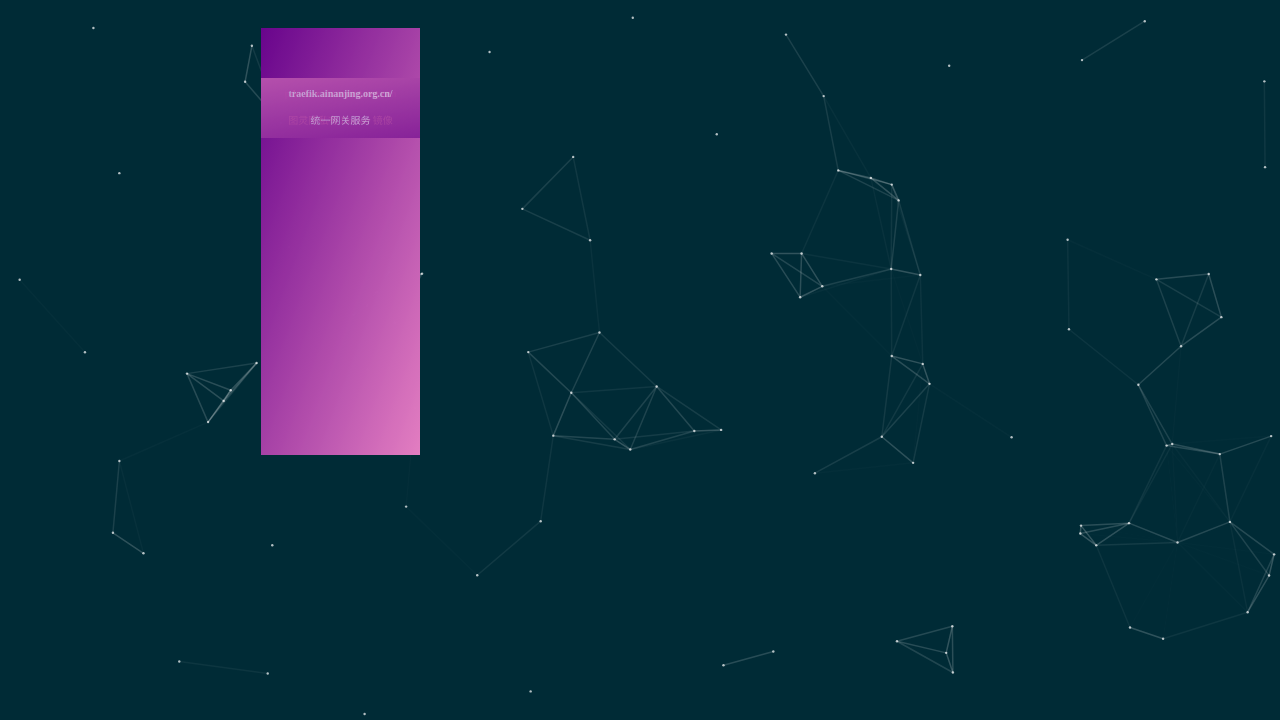
Repository: heweiwei1/portainer
Page: index.html
These files come from the project's save history. The page is drawn as it stood at one moment and after the next save; the edit follows.
The browser window is 1280 px wide. The pictures show the whole page.

Above is the page before, as saved 2021-04-14 13:38:15.

### index.html
<!DOCTYPE html>
<html lang="en">
<head>
  <meta charset="UTF-8">
  <meta http-equiv="X-UA-Compatible" content="IE=edge">
  <meta name="viewport" content="width=device-width, initial-scale=1.0">
  <title>网页</title>
  <link rel="stylesheet" href="index.css">
  <script src="index.js"></script>
</head>
<body>
  <div class="demo">
    <a class="demo1 demo-1" href="https://npm.ainanjing.org.cn/">
        <div class="trans">
          <h4>npm.ainanjing.org.cn</h4>
          <p>图灵院前端私有 npm 仓库</p>
        </div>
    </a>
    <a class="demo1 demo-2" href="https://fe.ainanjing.org.cn" id="pop">
          <div class="trans">
            <h4>fe.ainanjing.org.cn</h4>
            <p>前端一站式基础能力平台</p>
          </div>
    </a>
    <a class="demo1 demo-3" href="https://apistore.ainanjing.org.cn">
        <div class="trans">
          <h4>apistore.ainanjing.org.cn</h4>
          <p>接口管理平台</p>
        </div>
    </a>
    <a class="demo1 demo-4" href="https://portainer.ainanjing.org.cn">
        <div class="trans">
          <h4>portainer.ainanjing.org.cn</h4>
          <p>容器管理平台</p>
        </div>
    </a>
    <a class="demo1 demo-5" href="https://docker.ainanjing.org.cn">
        <div class="trans">
          <h4>docker.ainanjing.org.cn</h4>
          <p>图灵院私有 Docker 镜像</p>
        </div>
    </a>
    <a class="demo1 demo-6" href="https://traefik.ainanjing.org.cn/">
        <div class="trans">
          <h4>traefik.ainanjing.org.cn/</h4>
          <p>统一网关服务</p>
        </div>
    </a>
  </div>
</body>
</html>

### index.css
a {
  text-decoration: none;
  color: #000;
}
.demo {
  width: 60%;
  margin: auto;
  display: flex;
  flex-flow: row wrap;
  position: relative;
}

.demo a {
  /* position: relative; */
  position: absolute;
  display: flex;
  flex-direction: column;
  align-items: center;
  width: calc((100% - 120px) / 4);
  height: 0;
  padding-bottom: 56.25%;
  margin-top: 20px;
  font-size: 10px;
}
.demo a:not(:nth-child(4n)){
  margin-right: 40px;
}
.trans {
  position:absolute;
  top: 49.8px;
  width: 119.59px;
  padding: 30px 20px;
  display: flex;
  justify-content: center;
  opacity: 0.6;
}
.demo1:hover .trans{
  opacity: 1;
}
.demo1 {
  opacity: 0.8;
}
.trans p{
  position: absolute;
  top: 24px;
  color: #fff;
}
.trans h4{
  position: absolute;
  top: -3px;
  color: #fff;
}
.demo-1 {
  background-image: linear-gradient(to bottom right,#8b0000,#ff0000);

}
.demo-1 .trans{
  background-image: linear-gradient(to top left,#8b0000,#ff0000);
}
.demo-2 {
  background-image: linear-gradient(to bottom right,#ff8c00,#f5deb3);
}
.demo-2 .trans{
  background-image: linear-gradient(to top left,#ff8c00,#f5deb3);
}
.demo-3 {
  background-image: linear-gradient(to bottom right,#ff69b4,#ffb6c1);
}
.demo-3 .trans{
  background-image: linear-gradient(to top left,#ff69b4,#ffb6c1);
}
.demo-4 {
  background-image: linear-gradient(to bottom right,#008080,#00ffff);
}
.demo-4 .trans{
  background-image: linear-gradient(to top left,#008080,#00ffff);
}
.demo-5 {
  background-image: linear-gradient(to bottom right,#0000cd,#87cefa);
}
.demo-5 .trans{
  background-image: linear-gradient(to top left,#0000cd,#87cefa);
}
.demo-6 {
  background-image: linear-gradient(to bottom right,#800080,#ff69b4);
}
.demo-6 .trans{
  background-image: linear-gradient(to top left,#800080,#ff69b4);
}

### index.js
window.onload = function(){
  var pop = document.getElementById("pop");
  pop.onclick = function(){
    alert("暂未启用");
    return false;
  }
  // 可调参数
var BACKGROUND_COLOR = "rgba(0,43,54,1)";   // 背景色
var POINT_NUM = 99;                         // 屏幕上点的数目
var POINT_COLOR = "rgba(255,255,255,0.7)";  // 点的颜色
var LINE_LENGTH = 10000;                    // 点之间连线长度(的平方)

// 创建背景画布
var cvs = document.createElement("canvas");
cvs.width = window.innerWidth;
cvs.height = window.innerHeight;
cvs.style.cssText = "\
    position:fixed;\
    top:0px;\
    left:0px;\
    z-index:-1;\
    opacity:1.0;\
    ";
document.body.appendChild(cvs);

var ctx = cvs.getContext("2d");

var startTime = new Date().getTime();

//随机数函数
function randomInt(min, max) {
    return Math.floor((max - min + 1) * Math.random() + min);
}

function randomFloat(min, max) {
    return (max - min) * Math.random() + min;
}

//构造点类
function Point() {
    this.x = randomFloat(0, cvs.width);
    this.y = randomFloat(0, cvs.height);

    var speed = randomFloat(0.3, 1.4);
    var angle = randomFloat(0, 2 * Math.PI);

    this.dx = Math.sin(angle) * speed;
    this.dy = Math.cos(angle) * speed;

    this.r = 1.2;

    this.color = POINT_COLOR;
}

Point.prototype.move = function () {
    this.x += this.dx;
    if (this.x < 0) {
        this.x = 0;
        this.dx = -this.dx;
    } else if (this.x > cvs.width) {
        this.x = cvs.width;
        this.dx = -this.dx;
    }
    this.y += this.dy;
    if (this.y < 0) {
        this.y = 0;
        this.dy = -this.dy;
    } else if (this.y > cvs.height) {
        this.y = cvs.height;
        this.dy = -this.dy;
    }
}

Point.prototype.draw = function () {
    ctx.fillStyle = this.color;
    ctx.beginPath();
    ctx.arc(this.x, this.y, this.r, 0, Math.PI * 2);
    ctx.closePath();
    ctx.fill();
}

var points = [];

function initPoints(num) {
    for (var i = 0; i < num; ++i) {
        points.push(new Point());
    }
}

var p0 = new Point(); //鼠标
p0.dx = p0.dy = 0;
var degree = 2.5;
document.onmousemove = function (ev) {
    p0.x = ev.clientX;
    p0.y = ev.clientY;
}
document.onmousedown = function (ev) {
    degree = 5.0;
    p0.x = ev.clientX;
    p0.y = ev.clientY;
}
document.onmouseup = function (ev) {
    degree = 2.5;
    p0.x = ev.clientX;
    p0.y = ev.clientY;
}
window.onmouseout = function () {
    p0.x = null;
    p0.y = null;
}

function drawLine(p1, p2, deg) {
    var dx = p1.x - p2.x;
    var dy = p1.y - p2.y;
    var dis2 = dx * dx + dy * dy;
    if (dis2 < 2 * LINE_LENGTH) {
        if (dis2 > LINE_LENGTH) {
            if (p1 === p0) {
                p2.x += dx * 0.03;
                p2.y += dy * 0.03;
            } else return;
        }
        var t = (1.05 - dis2 / LINE_LENGTH) * 0.2 * deg;
        ctx.strokeStyle = "rgba(255,255,255," + t + ")";
        ctx.beginPath();
        ctx.lineWidth = 1.5;
        ctx.moveTo(p1.x, p1.y);
        ctx.lineTo(p2.x, p2.y);
        ctx.closePath();
        ctx.stroke();
    }
    return;
}

//绘制每一帧
function drawFrame() {
    cvs.width = window.innerWidth;
    cvs.height = window.innerHeight;
    ctx.fillStyle = BACKGROUND_COLOR;
    ctx.fillRect(0, 0, cvs.width, cvs.height);

    var arr = (p0.x == null ? points : [p0].concat(points));
    for (var i = 0; i < arr.length; ++i) {
        for (var j = i + 1; j < arr.length; ++j) {
            drawLine(arr[i], arr[j], 1.0);
        }
        arr[i].draw();
        arr[i].move();
    }

    window.requestAnimationFrame(drawFrame);
}

  initPoints(POINT_NUM);
  drawFrame();
}

After the next save:
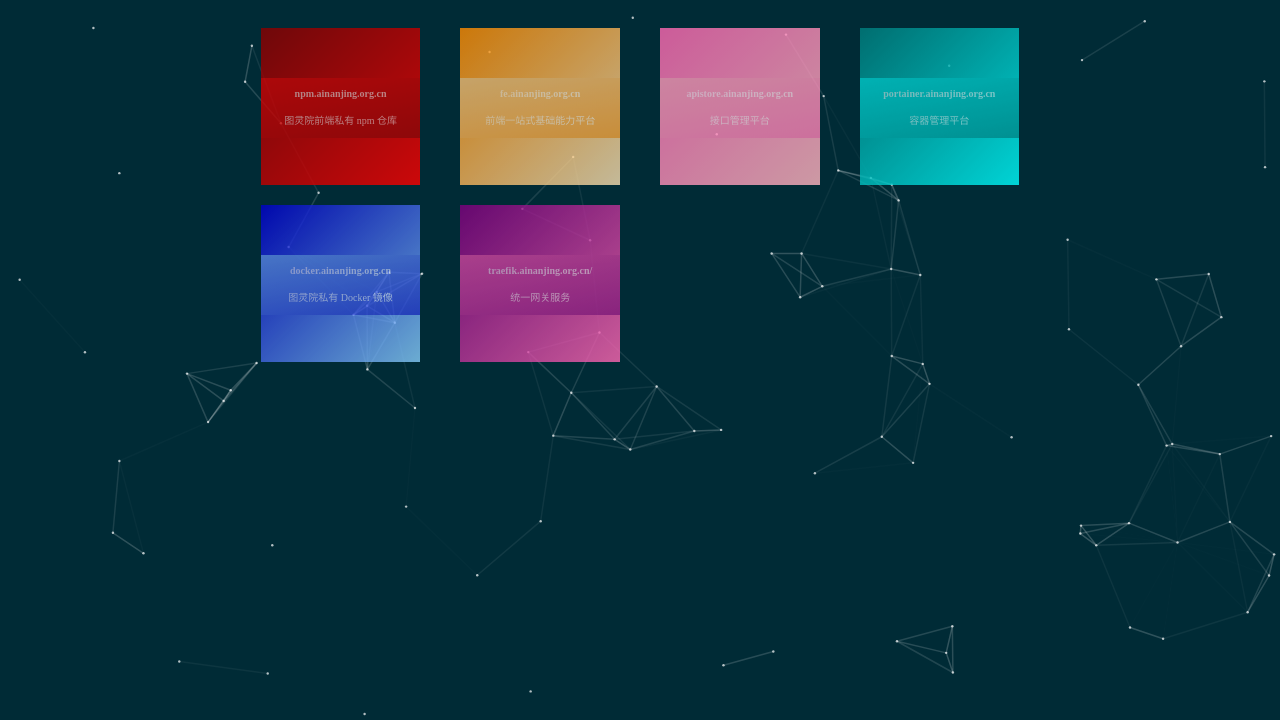
Saved 20 s later.
--- a/index.css
+++ b/index.css
@@ -11,14 +11,12 @@ a {
 }
 
 .demo a {
-  /* position: relative; */
-  position: absolute;
+  position: relative;
   display: flex;
   flex-direction: column;
   align-items: center;
   width: calc((100% - 120px) / 4);
-  height: 0;
-  padding-bottom: 56.25%;
+  height: 157.05px;
   margin-top: 20px;
   font-size: 10px;
 }
